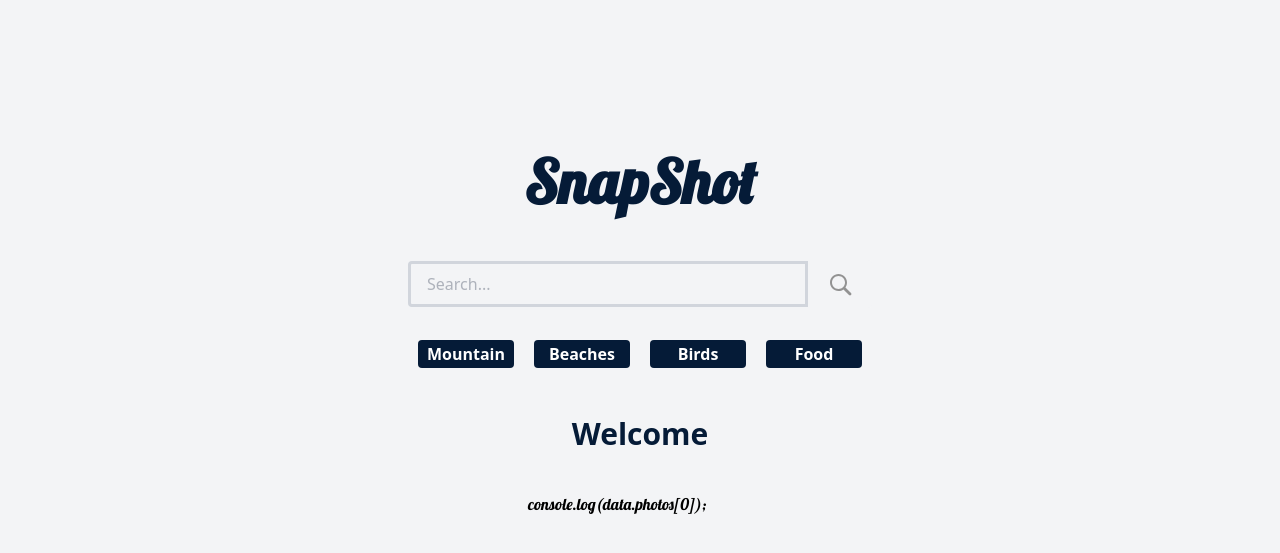
Repository: Alzate1075/P2-GaleriaFotos
Page: /
These files come from the project's save history. The page is drawn as it stood at one moment and after the next save; the edit follows.
The browser window is 1280 px wide. The pictures show the whole page.
The page's requests for data from a server got no answer. The project was rebuilt for these pictures with package versions that can differ from the ones it lists, and the page was loaded fresh each time. No one was signed in, and anything a server would have sent is missing. Also part of the build but not shown: vite.config.js.

Above is the page before, as saved 2025-07-04 14:18:10.

After the next save:
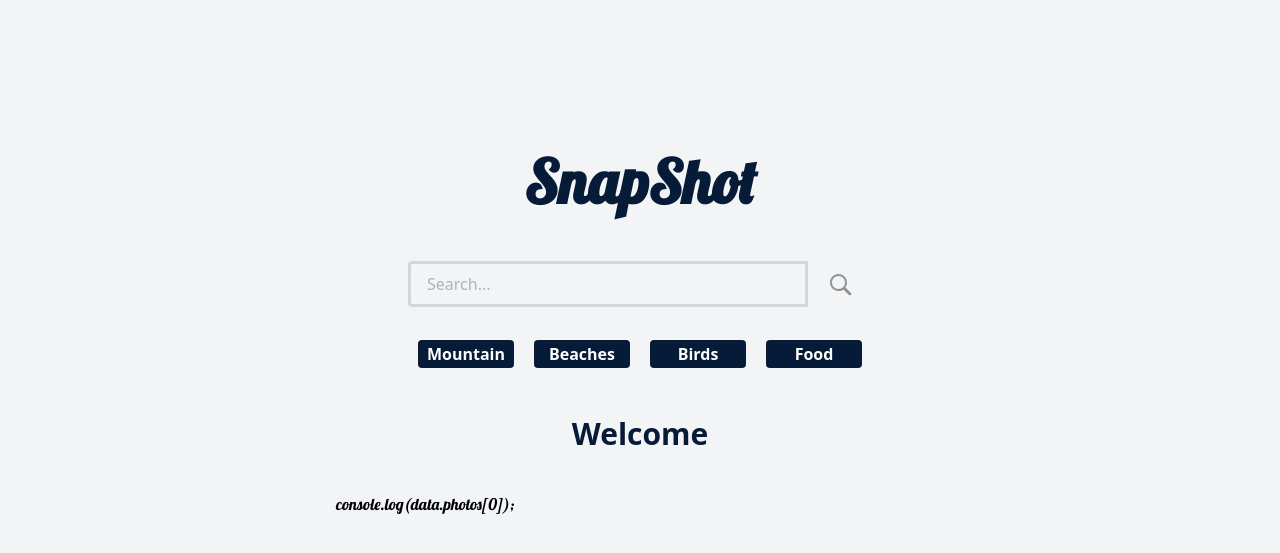
Saved 11 s later.
--- a/src/components/GaleriaFotos.jsx
+++ b/src/components/GaleriaFotos.jsx
@@ -27,7 +27,7 @@
   }
 
   return (
-    <div className="w-[20%] items-center justify-center grid grid-cols-1 md:grid-cols-4 gap-4 p-4 object-cover">
+    <div className="w-[50%] items-center justify-center grid grid-cols-1 md:grid-cols-4 gap-4 p-4 object-cover">
       {fotos.map((foto) => (
         <img
           key={foto.id}
